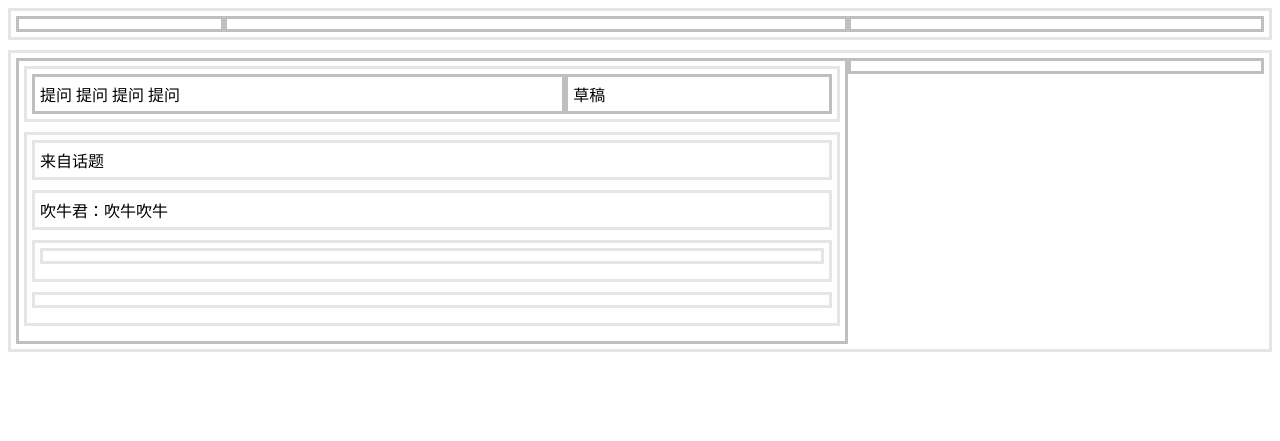
Repository: 0xbul1/biao-class-3
Page: practice/012-float-grid/zhihu.html
An editor plug-in stored every save of this project. The page is shown before and after the next save, followed by the edit.
The browser window is 1280 px wide. The pictures show the whole page.

Above is the page before, as saved 2018-10-04 14:16:21.

### practice/012-float-grid/zhihu.html
<style>
    * {
        box-sizing: border-box;
    }
    .row {
        border: solid rgba(0, 0, 0, .1);
        margin-bottom: 10px;
        padding: 5px;
    }
    .row::before,
    .row::after {
        content: '';
        display: block;
        clear: both;
    }
    .col-1,
    .col-2,
    .col-3,
    .col-4,
    .col-5,
    .col-6,
    .col-7,
    .col-8,
    .col-9,
    .col-10,
    .col-11,
    .col-12,
    .col {
        float: left;
        padding: 5px;
        border: solid rgba(0, 0, 0, .25);
    }
    .col-1 {
        width: 8.333333333333333%;
    }
    .col-2 {
        width: 16.666666666666666%;
    }
    .col-3 {
        width: 25%;
    }
    .col-4 {
        width: 33.333333333333333%;
    }
    .col-5 {
        width: 41.666666666666666%;
    }
    .col-6 {
        width: 50%;
    }
    .col-7 {
        width: 58.333333333333333%;
    }
    .col-8 {
        width: 66.666666666666666%;
    }
    .col-9 {
        width: 75%;
    }
    .col-10 {
        width: 83.333333333333333%;
    }
    .col-11 {
        width: 91.666666666666666%;
    }
    .col-12 {
        width: 100%;
    }
</style>
<div class="row nav">
    <div class="col-2"></div>
    <div class="col-6"></div>
    <div class="col-4"></div>
</div>
<div class="row">
    <div class="col-8 content">
        <div class="row tool">
            <div class="col-8"> 提问 提问 提问 提问</div>
            <div class="col-4">草稿</div>
        </div>
        <div class="row activity">
            <div class="row">来自话题</div>
            <div class="row">吹牛君：吹牛吹牛</div>
            <div class="row">
                <div class="row"></div>
            </div>
            <div class="row"></div>
        </div>
    </div>
    <div class="col-4 sidebar"></div>
</div>

After the next save:
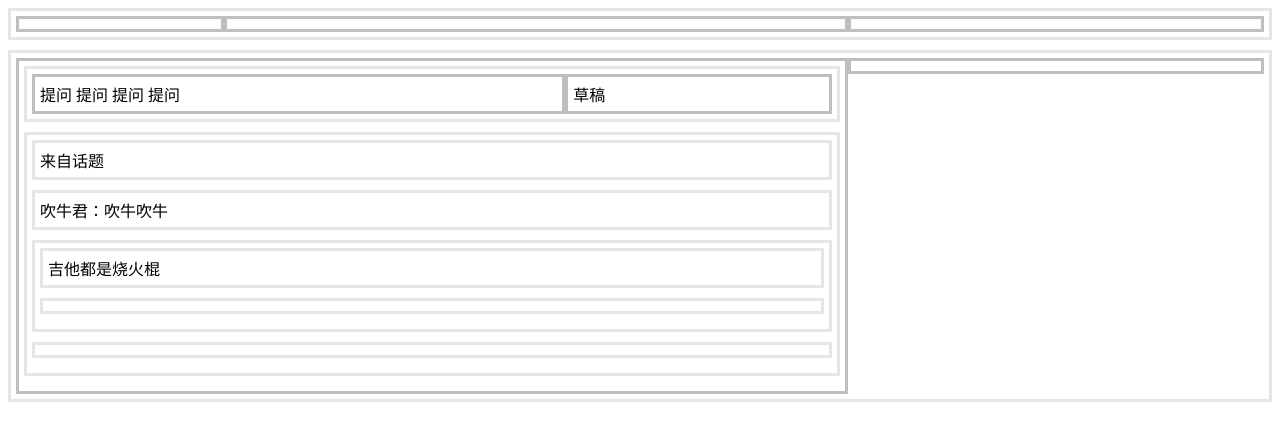
Saved 14 s later.
--- a/practice/012-float-grid/zhihu.html
+++ b/practice/012-float-grid/zhihu.html
@@ -82,6 +82,7 @@
             <div class="row">来自话题</div>
             <div class="row">吹牛君：吹牛吹牛</div>
             <div class="row">
+                <div class="row">吉他都是烧火棍</div>
                 <div class="row"></div>
             </div>
             <div class="row"></div>
